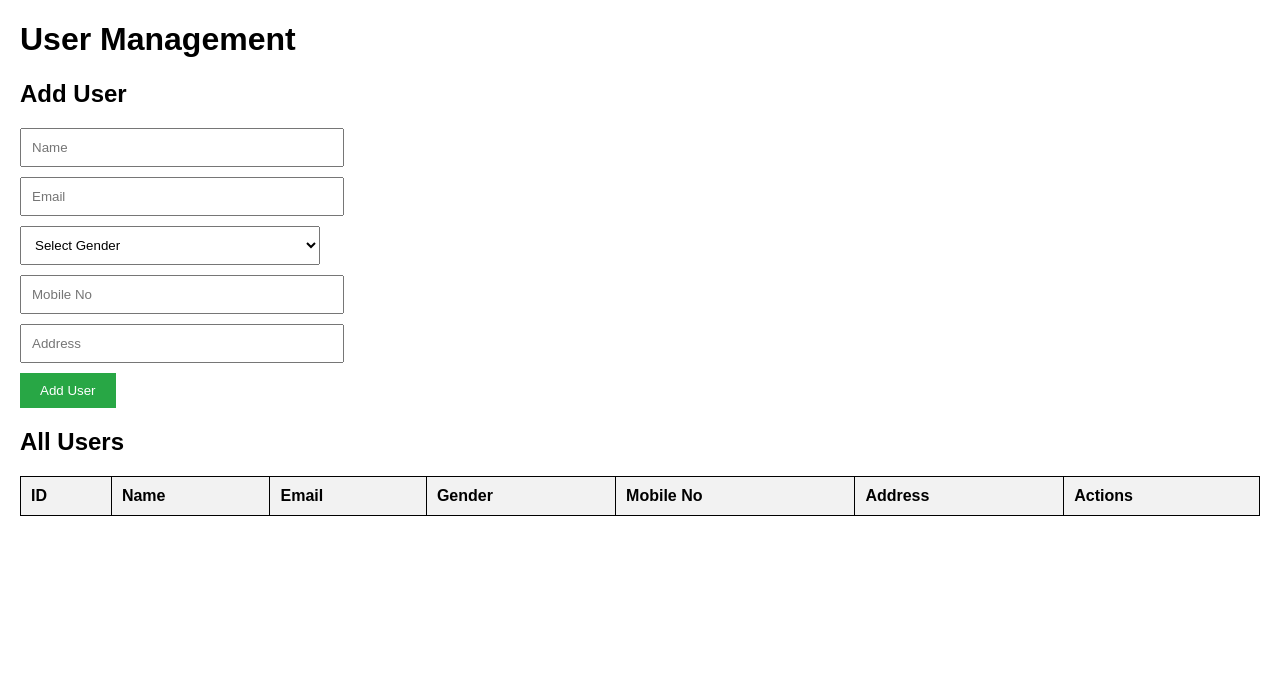
Repository: kushwahvikash/curd-operation
Page: curd-operation/src/main/resources/static/ui.html
An editor plug-in stored every save of this project. The page is shown before and after the next save, followed by the edit.
The browser window is 1280 px wide. The pictures show the whole page.
The page's requests for data from a server got no answer.

Above is the page before, as saved 2024-07-24 12:58:49.

### curd-operation/src/main/resources/static/ui.html
<!DOCTYPE html>
<html lang="en">
<head>
    <meta charset="UTF-8">
    <meta name="viewport" content="width=device-width, initial-scale=1.0">
    <title>User Management</title>
    <style>
        body {
            font-family: Arial, sans-serif;
            margin: 20px;
        }
        .form-container {
            margin-bottom: 20px;
        }
        .form-container input, .form-container select {
            display: block;
            margin-bottom: 10px;
            padding: 10px;
            width: 300px;
        }
        .form-container button {
            padding: 10px 20px;
            background-color: #28a745;
            color: white;
            border: none;
            cursor: pointer;
        }
        table {
            width: 100%;
            border-collapse: collapse;
        }
        table, th, td {
            border: 1px solid black;
        }
        th, td {
            padding: 10px;
            text-align: left;
        }
        th {
            background-color: #f2f2f2;
        }
        .btn {
            padding: 5px 10px;
            color: white;
            border: none;
            cursor: pointer;
        }
        .btn-edit {
            background-color: #007bff;
        }
        .btn-delete {
            background-color: #dc3545;
        }
    </style>
</head>
<body>
    <h1>User Management</h1>
    <div class="form-container">
        <h2>Add User</h2>
        <input type="text" id="name" placeholder="Name">
        <input type="email" id="email" placeholder="Email">
        <select id="gender">
            <option value="">Select Gender</option>
            <option value="Male">Male</option>
            <option value="Female">Female</option>
        </select>
        <input type="text" id="mobileNo" placeholder="Mobile No">
        <input type="text" id="address" placeholder="Address">
        <button onclick="addUser()">Add User</button>
    </div>
    <h2>All Users</h2>
    <table id="userTable">
        <thead>
            <tr>
                <th>ID</th>
                <th>Name</th>
                <th>Email</th>
                <th>Gender</th>
                <th>Mobile No</th>
                <th>Address</th>
                <th>Actions</th>
            </tr>
        </thead>
        <tbody>
            <!-- Dynamic Content -->
        </tbody>
    </table>

    <script>
        document.addEventListener('DOMContentLoaded', function() {
            loadUsers();
        });

        function loadUsers() {
            fetch('/api/users')
                .then(response => response.json())
                .then(users => {
                    const userTable = document.getElementById('userTable').getElementsByTagName('tbody')[0];
                    userTable.innerHTML = '';
                    users.forEach(user => {
                        const row = userTable.insertRow();
                        row.insertCell(0).innerHTML = user.id;
                        row.insertCell(1).innerHTML = user.name;
                        row.insertCell(2).innerHTML = user.email;
                        row.insertCell(3).innerHTML = user.gender;
                        row.insertCell(4).innerHTML = user.mobileNo;
                        row.insertCell(5).innerHTML = user.address;
                        const actionsCell = row.insertCell(6);
                        actionsCell.innerHTML = `<button class="btn btn-edit" onclick="editUser(${user.id})">Edit</button>
                                                 <button class="btn btn-delete" onclick="deleteUser(${user.id})">Delete</button>`;
                    });
                });
        }

        function addUser() {
            const user = {
                name: document.getElementById('name').value,
                email: document.getElementById('email').value,
                gender: document.getElementById('gender').value,
                mobileNo: document.getElementById('mobileNo').value,
                address: document.getElementById('address').value
            };

            fetch('/api/users/add', {
                method: 'POST',
                headers: {
                    'Content-Type': 'application/json'
                },
                body: JSON.stringify(user)
            }).then(response => {
                if (response.status === 201) {
                    loadUsers();
                }
            });
        }

        function editUser(id) {
            const user = {
                name: prompt('Enter new name:'),
                email: prompt('Enter new email:'),
                gender: prompt('Enter new gender (Male/Female):'),
                mobileNo: prompt('Enter new mobile number:'),
                address: prompt('Enter new address:')
            };

            fetch(`/api/users/${id}`, {
                method: 'PUT',
                headers: {
                    'Content-Type': 'application/json'
                },
                body: JSON.stringify(user)
            }).then(response => {
                if (response.status === 200) {
                    loadUsers();
                }
            });
        }

        function deleteUser(id) {
            fetch(`/api/users/${id}`, {
                method: 'DELETE'
            }).then(response => {
                if (response.status === 204) {
                    loadUsers();
                }
            });
        }
    </script>
</body>
</html>

After the next save:
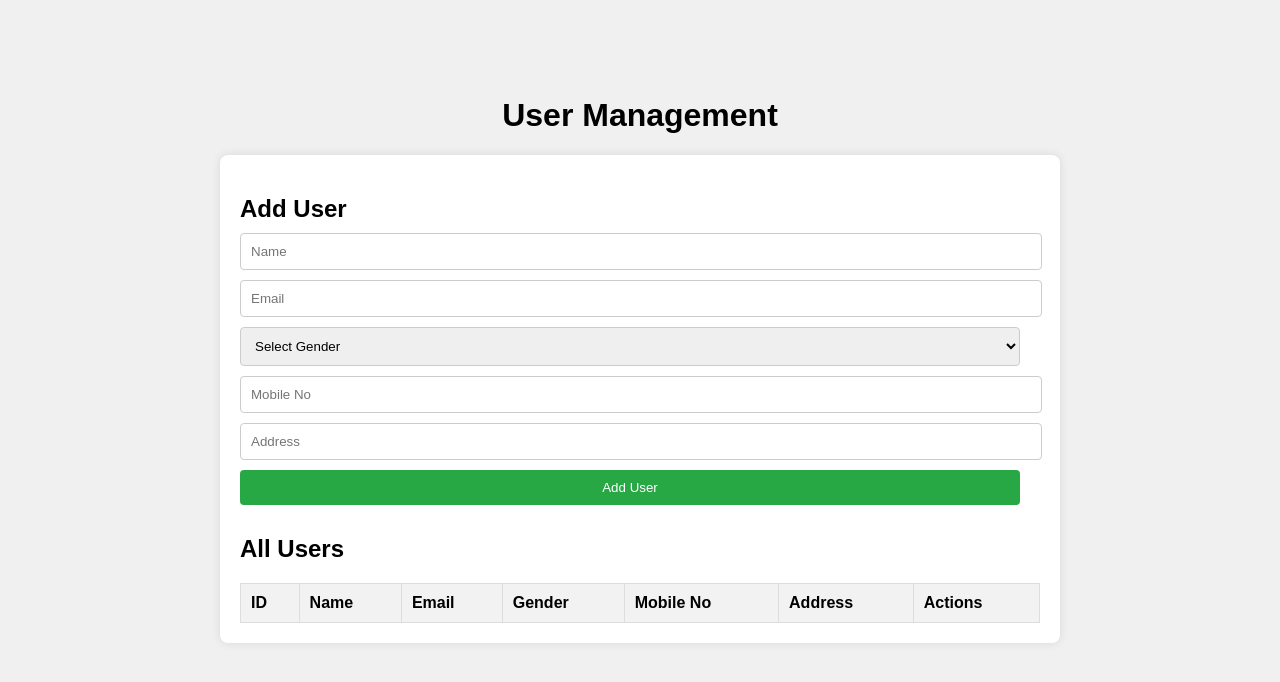
Saved 5 min 20 s later.
--- a/curd-operation/src/main/resources/static/ui.html
+++ b/curd-operation/src/main/resources/static/ui.html
@@ -7,30 +7,55 @@
     <style>
         body {
             font-family: Arial, sans-serif;
-            margin: 20px;
+            margin: 0;
+            padding: 0;
+            display: flex;
+            justify-content: center;
+            align-items: center;
+            flex-direction: column;
+            min-height: 100vh;
+            background-color: #f0f0f0;
+        }
+        h1 {
+            margin-top: 20px;
+        }
+        .container {
+            width: 90%;
+            max-width: 800px;
+            background-color: white;
+            padding: 20px;
+            box-shadow: 0 0 10px rgba(0, 0, 0, 0.1);
+            border-radius: 8px;
         }
         .form-container {
             margin-bottom: 20px;
         }
-        .form-container input, .form-container select {
-            display: block;
+        .form-container h2 {
+            margin-bottom: 10px;
+        }
+        .form-container input, .form-container select, .form-container button {
+            width: calc(100% - 20px);
             margin-bottom: 10px;
             padding: 10px;
-            width: 300px;
+            border-radius: 4px;
+            border: 1px solid #ccc;
         }
         .form-container button {
-            padding: 10px 20px;
             background-color: #28a745;
             color: white;
             border: none;
             cursor: pointer;
         }
+        .form-container button:hover {
+            background-color: #218838;
+        }
         table {
             width: 100%;
             border-collapse: collapse;
+            margin-top: 20px;
         }
         table, th, td {
-            border: 1px solid black;
+            border: 1px solid #ddd;
         }
         th, td {
             padding: 10px;
@@ -44,47 +69,56 @@
             color: white;
             border: none;
             cursor: pointer;
+            border-radius: 4px;
         }
         .btn-edit {
             background-color: #007bff;
         }
+        .btn-edit:hover {
+            background-color: #0056b3;
+        }
         .btn-delete {
             background-color: #dc3545;
+        }
+        .btn-delete:hover {
+            background-color: #c82333;
         }
     </style>
 </head>
 <body>
     <h1>User Management</h1>
-    <div class="form-container">
-        <h2>Add User</h2>
-        <input type="text" id="name" placeholder="Name">
-        <input type="email" id="email" placeholder="Email">
-        <select id="gender">
-            <option value="">Select Gender</option>
-            <option value="Male">Male</option>
-            <option value="Female">Female</option>
-        </select>
-        <input type="text" id="mobileNo" placeholder="Mobile No">
-        <input type="text" id="address" placeholder="Address">
-        <button onclick="addUser()">Add User</button>
+    <div class="container">
+        <div class="form-container">
+            <h2>Add User</h2>
+            <input type="text" id="name" placeholder="Name">
+            <input type="email" id="email" placeholder="Email">
+            <select id="gender">
+                <option value="">Select Gender</option>
+                <option value="Male">Male</option>
+                <option value="Female">Female</option>
+            </select>
+            <input type="text" id="mobileNo" placeholder="Mobile No">
+            <input type="text" id="address" placeholder="Address">
+            <button onclick="addUser()">Add User</button>
+        </div>
+        <h2>All Users</h2>
+        <table id="userTable">
+            <thead>
+                <tr>
+                    <th>ID</th>
+                    <th>Name</th>
+                    <th>Email</th>
+                    <th>Gender</th>
+                    <th>Mobile No</th>
+                    <th>Address</th>
+                    <th>Actions</th>
+                </tr>
+            </thead>
+            <tbody>
+                <!-- Dynamic Content -->
+            </tbody>
+        </table>
     </div>
-    <h2>All Users</h2>
-    <table id="userTable">
-        <thead>
-            <tr>
-                <th>ID</th>
-                <th>Name</th>
-                <th>Email</th>
-                <th>Gender</th>
-                <th>Mobile No</th>
-                <th>Address</th>
-                <th>Actions</th>
-            </tr>
-        </thead>
-        <tbody>
-            <!-- Dynamic Content -->
-        </tbody>
-    </table>
 
     <script>
         document.addEventListener('DOMContentLoaded', function() {
